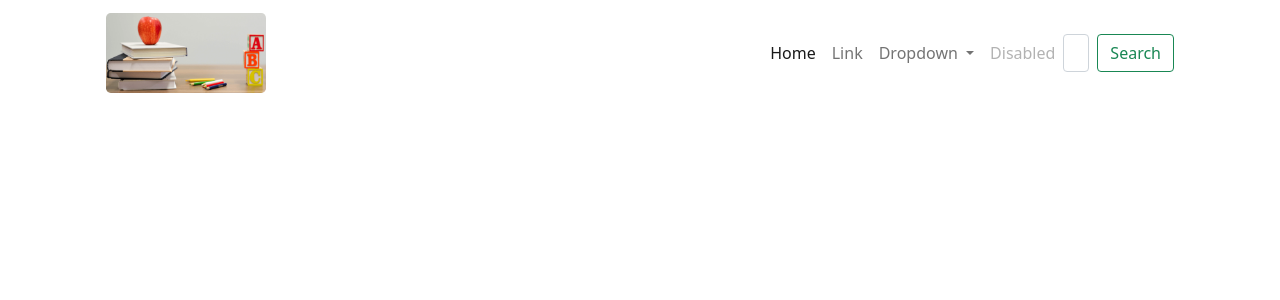
Repository: zjria/Figma-to-E-school
Page: index.html
These files come from the project's save history. The page is drawn as it stood at one moment and after the next save; the edit follows.
The browser window is 1280 px wide. The pictures show the whole page.
Some web libraries are served in a nearby version.

Above is the page before, as saved 2022-05-06 09:01:33.

After the next save:
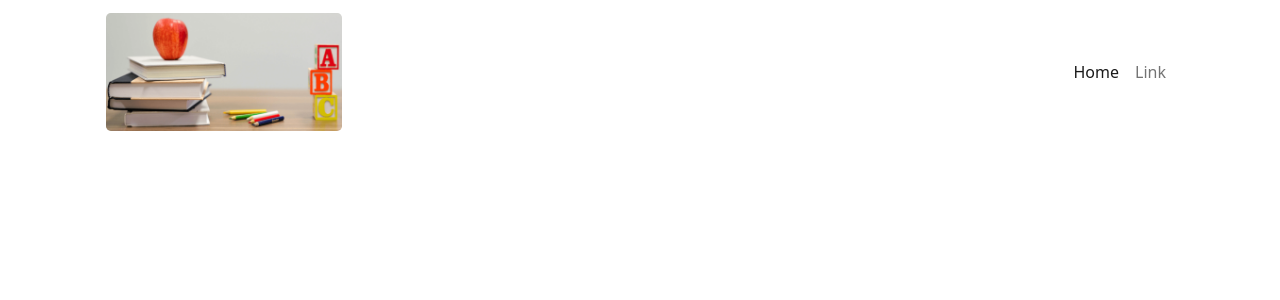
Saved 5 h 29 min later.
--- a/index.html
+++ b/index.html
@@ -34,25 +34,8 @@
                           <li class="nav-item">
                             <a class="nav-link" href="#">Link</a>
                           </li>
-                          <li class="nav-item dropdown">
-                            <a class="nav-link dropdown-toggle" href="#" id="navbarDropdown" role="button" data-bs-toggle="dropdown" aria-expanded="false">
-                              Dropdown
-                            </a>
-                            <ul class="dropdown-menu" aria-labelledby="navbarDropdown">
-                              <li><a class="dropdown-item" href="#">Action</a></li>
-                              <li><a class="dropdown-item" href="#">Another action</a></li>
-                              <li><hr class="dropdown-divider"></li>
-                              <li><a class="dropdown-item" href="#">Something else here</a></li>
-                            </ul>
-                          </li>
-                          <li class="nav-item">
-                            <a class="nav-link disabled" href="#" tabindex="-1" aria-disabled="true">Disabled</a>
-                          </li>
                         </ul>
-                        <form class="d-flex">
-                          <input class="form-control me-2" type="search" placeholder="Search" aria-label="Search">
-                          <button class="btn btn-outline-success" type="submit">Search</button>
-                        </form>
+
                       </div>
                     </div>
                   </nav>
